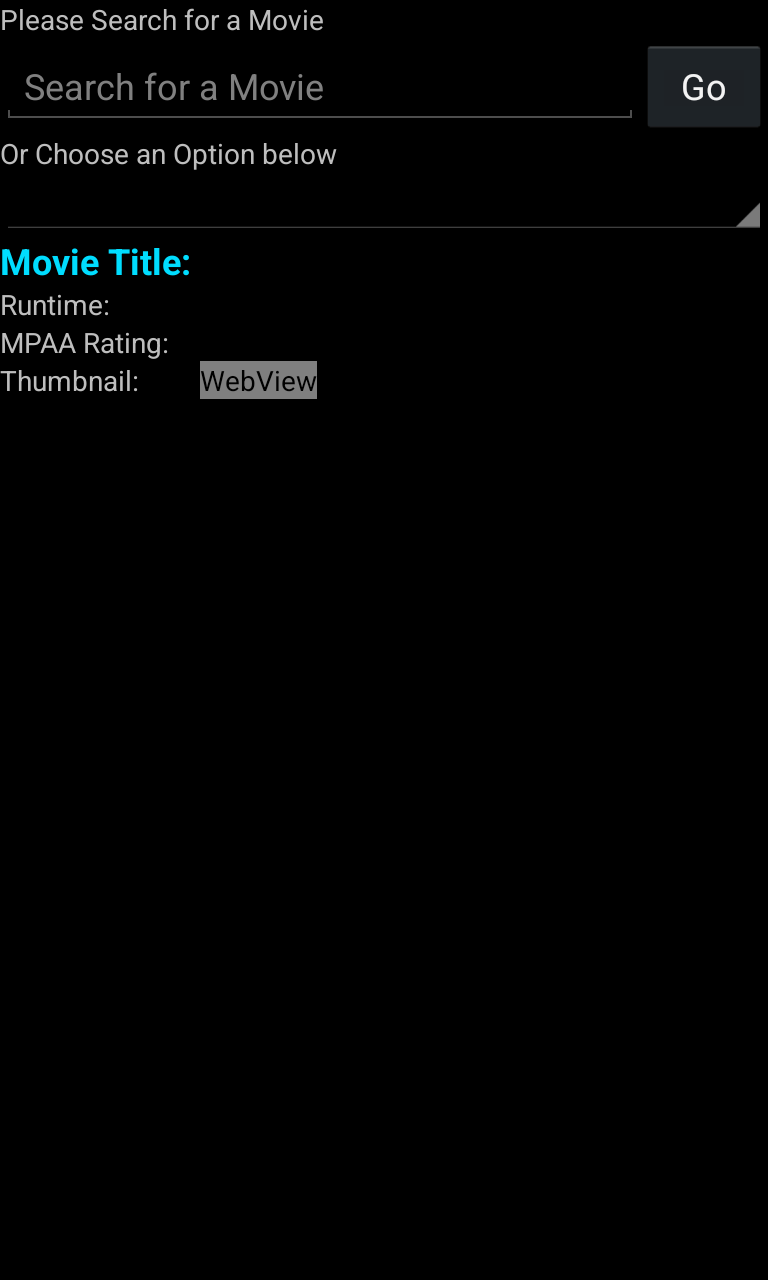
Repository: mikesmithjr/Java1
Layout: Week 4/MovieListing/res/layout/form.xml
An editor plug-in stored every save of this project. The layout is shown before and after the next save, followed by the edit.
Pictures or frames that could not be fetched are drawn as grey boxes. It is drawn on a 768 x 1280 px phone screen (xhdpi) without system bars, with theme AppTheme; the app's code is not run.

Above is the layout before, as saved 2013-08-01 06:27:25.

### Week 4/MovieListing/res/layout/form.xml
<?xml version="1.0" encoding="utf-8"?>
<LinearLayout xmlns:android="http://schemas.android.com/apk/res/android"
    android:layout_width="match_parent"
    android:layout_height="match_parent"
    android:orientation="vertical" >

    <TextView
            android:layout_width="match_parent"
            android:layout_height="wrap_content"
            android:text="@string/please_search_for_a_movie"/>

    <LinearLayout
        android:layout_width="match_parent"
        android:layout_height="wrap_content"
        android:orientation="horizontal">


        <EditText
            android:id="@+id/searchField"
            android:layout_width="0dip"
            android:layout_weight="1"
            android:layout_height="wrap_content"
            android:hint="@string/search_for_a_movie"/>

        <Button
            android:id="@+id/searchButton"
            android:layout_width="wrap_content"
            android:layout_height="wrap_content"
            android:text="@string/go"/>


    </LinearLayout>

    <TextView
        android:layout_width="match_parent"
        android:layout_height="wrap_content"
        android:text="@string/or_choose_an_option_below"/>

    <Spinner
        android:id="@+id/spinner"
        android:layout_width="match_parent"
        android:layout_height="wrap_content"/>

    <GridLayout
        android:id="@+id/moviedata"
        android:layout_width="match_parent"
        android:layout_height="0dip"
        android:layout_weight="1"
        android:columnCount="2">

        <TextView
            android:layout_width="wrap_content"
            android:layout_height="wrap_content"
            android:text="@string/movie_title_"
            style="@style/MovieLabel"/>
        <TextView
            android:id="@+id/data_title"
            android:layout_width="wrap_content"
            android:layout_height="wrap_content"
            style="@style/MovieInfo"/>
        <TextView
            android:layout_width="wrap_content"
            android:layout_height="wrap_content"
            android:text="@string/runtime_"/>
        <TextView
            android:id="@+id/data_runtime"
            android:layout_width="wrap_content"
            android:layout_height="wrap_content"/>
        <TextView
            android:layout_width="wrap_content"
            android:layout_height="wrap_content"
            android:text="@string/mpaa_rating_"/>
        <TextView
            android:id="@+id/data_rating"
            android:layout_width="wrap_content"
            android:layout_height="wrap_content"/>
        <TextView
            android:layout_width="wrap_content"
            android:layout_height="wrap_content"
            android:text="@string/thumbnail_"/>
        <WebView
            android:id="@+id/data_thumbnail"
            android:layout_width="wrap_content"
            android:layout_height="wrap_content"/>

    </GridLayout>

</LinearLayout>

### Week 4/MovieListing/res/values/styles.xml
<resources xmlns:android="http://schemas.android.com/apk/res/android">

       <style name="AppTheme" parent="android:Theme.Holo"></style>
        <style name= "MovieLabel">
            <item name= "android:textStyle">bold</item>
            <item name= "android:textColor">@android:color/holo_blue_bright</item>
            <item name= "android:textSize">18dp</item>
        </style>
        <style name= "MovieInfo">
            <item name= "android:textStyle">normal</item>
            <item name= "android:textColor">@android:color/holo_green_light</item>
            <item name= "android:textSize">18dp</item>
        </style>


</resources>

### Week 4/MovieListing/res/values/strings.xml
<?xml version="1.0" encoding="utf-8"?>
<resources>

    <string name="app_name">MovieListing</string>
    <string name="action_settings">Settings</string>
    <string name="hello_world">Hello world!</string>
    <string-array name="movie_array">
        <item >Please Choose an option</item>
        <item >Current Movies</item>
        <item >Upcoming Movies</item>

    </string-array>
        <string name="search_for_a_movie">Search for a Movie</string>
        <string name="go">Go</string>
        <string name="please_search_for_a_movie">Please Search for a Movie</string>
        <string name="or_choose_an_option_below">Or Choose an Option below</string>
        <string name="movie_title_">"Movie Title: "</string>
        <string name="runtime_">"Runtime: "</string>
        <string name="mpaa_rating_">"MPAA Rating: "</string>
        <string name="thumbnail_">"Thumbnail: "</string>

</resources>

After the next save:
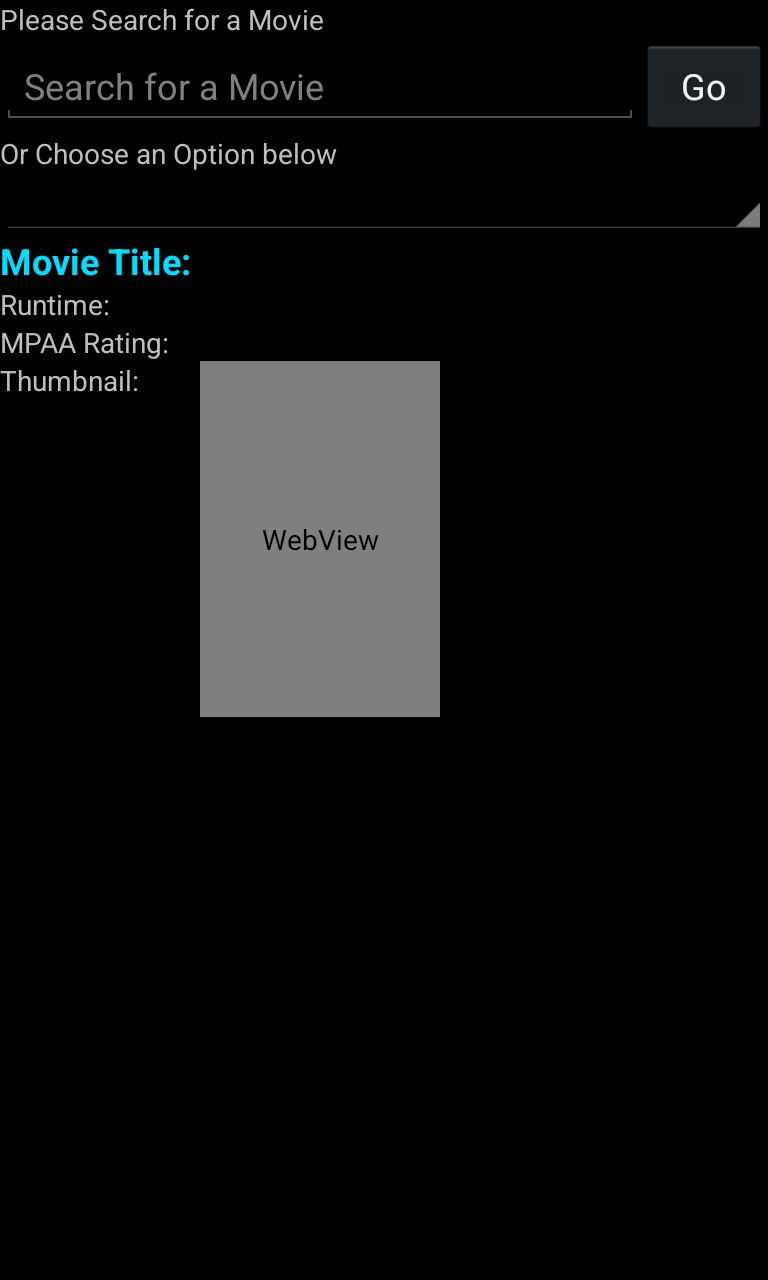
Saved 4 min 55 s later.
--- a/Week 4/MovieListing/res/layout/form.xml
+++ b/Week 4/MovieListing/res/layout/form.xml
@@ -80,8 +80,8 @@
             android:text="@string/thumbnail_"/>
         <WebView
             android:id="@+id/data_thumbnail"
-            android:layout_width="wrap_content"
-            android:layout_height="wrap_content"/>
+            android:layout_width="120dp"
+            android:layout_height="178dp"/>
 
     </GridLayout>
 
